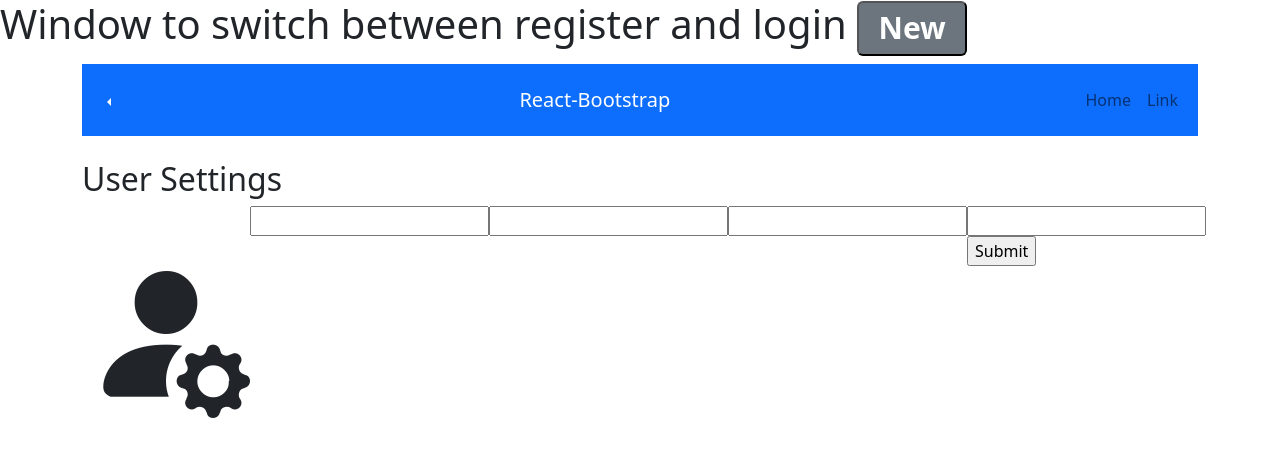
Repository: christenis98/RealWorldApp
Page: / (app in bank-frontend/)
The author's editor kept a copy of each file at every save. The page is drawn from the files as they stood at one save, then again after the next save.
The browser window is 1280 px wide. The pictures show the whole page.
The project was rebuilt for these pictures with package versions that can differ from the ones it lists, and the page was loaded fresh each time. Also part of the build but not shown: bank-frontend/src/App.css.

Above is the page before, as saved 2022-11-24 12:43:13.

### bank-frontend/src/index.js
import React from 'react';
import ReactDOM from 'react-dom/client';
import './index.css';
import App from './App';
import reportWebVitals from './reportWebVitals';
import 'bootstrap/dist/css/bootstrap.min.css';

import 'bootstrap-icons/font/bootstrap-icons.css';

const root = ReactDOM.createRoot(document.getElementById('root'));
root.render(
  <React.StrictMode>
    <App />
  </React.StrictMode>
);

// If you want to start measuring performance in your app, pass a function
// to log results (for example: reportWebVitals(console.log))
// or send to an analytics endpoint. Learn more: https://bit.ly/CRA-vitals
reportWebVitals();

### bank-frontend/src/App.js
import logo from './logo.svg';
import './App.css';
import Badge from 'react-bootstrap/Badge'
import DropStartComponent from './js/DropStartComponent';
import UserSettings from './js/UserSettings';


function App() {
  return (
    <div>
    <h1>
      Window to switch between register and login{' '}
      <Badge bg="secondary" as="Button">
        New
      </Badge>
    </h1>
    <DropStartComponent/>
    <UserSettings/>
  </div>
  );
}

export default App;

### bank-frontend/src/js/DropStartComponent.js
import Dropdown from "react-bootstrap/Dropdown";
import DropdownButton from "react-bootstrap/DropdownButton";
import Nav from "react-bootstrap/Nav";
import Navbar from "react-bootstrap/Navbar";
import NavDropdown from "react-bootstrap/NavDropdown";
import Container from "react-bootstrap/Container";

const DropStartComponent = () => {
  return (
    <Container>
      <Navbar bg="primary" variant="dark" expand="lg">
        <Container>
          <DropdownButton
            key={"start"}
            id={`dropdown-button-drop-${"start"}`}
            drop={"start"}
            variant="primary"
          >
            <Dropdown.Item eventKey="1">Action</Dropdown.Item>
            <Dropdown.Item eventKey="2">Another action</Dropdown.Item>
            <Dropdown.Item eventKey="3">Something else here</Dropdown.Item>
            <Dropdown.Divider />
            <Dropdown.Item eventKey="4">Separated link</Dropdown.Item>
          </DropdownButton>
          <Navbar.Brand href="#home">React-Bootstrap</Navbar.Brand>
          <Navbar.Toggle aria-controls="basic-navbar-nav" />
          <Navbar id="basic-navbar-nav">
            <Nav className="me-auto">
              <Nav.Link href="#home">Home</Nav.Link>
              <Nav.Link href="#link">Link</Nav.Link>
            </Nav>
          </Navbar>
        </Container>
      </Navbar>
    </Container>
  );
};

export default DropStartComponent;

### bank-frontend/src/js/UserSettings.jsx
import React from 'react'

function UserSettings() {
    return (
        <div className="container d-flex flex-column bd-highlight">
            <div className="d-flex flex-row bd-highlight mx-left mt-4">
                <h2>User Settings</h2>
            </div>

            <div className="d-flex flex-row bd-highlight">
                <i className="bi bi-person-fill-gear" style={{ fontSize: "1050%" }}></i>
                <div className="">
                    <input type="text" name="name" />
                </div>
                <div className="">
                    <input type="text" name="name" />
                </div>
                <div className="">
                        <input type="text" name="name" />
                </div>
                <div className="">
                    <input type="text" name="name" />
                    <input type="submit" value="Submit" />
                </div>
            </div>
        </div>
    )
}


export default UserSettings;

Loaded but not shown: bank-frontend/public/index.html (common file); bank-frontend/src/index.css (common file); bank-frontend/src/reportWebVitals.js (common file)

After the next save:
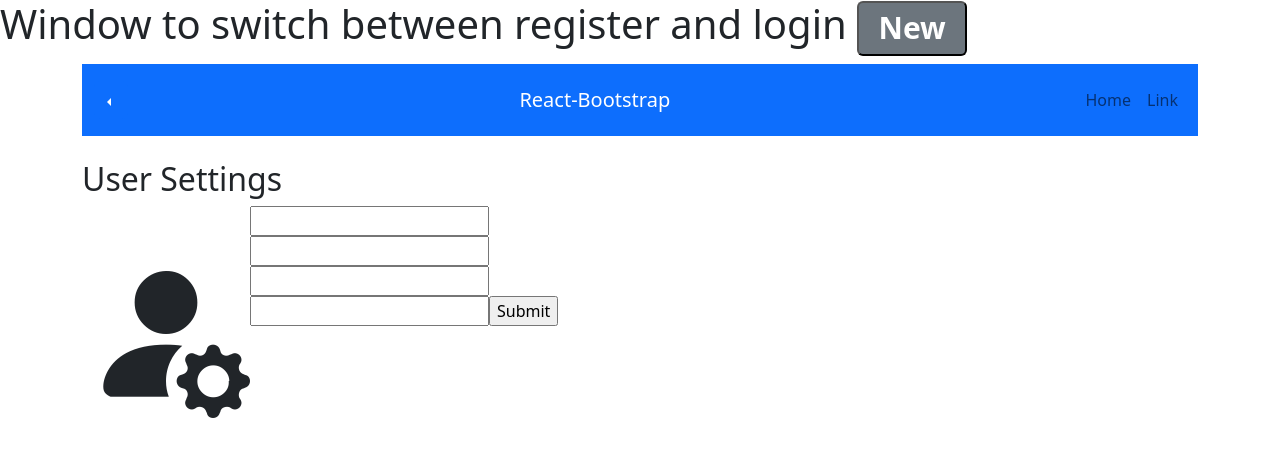
Saved 91 s later.
--- a/bank-frontend/src/js/UserSettings.jsx
+++ b/bank-frontend/src/js/UserSettings.jsx
@@ -8,20 +8,26 @@ function UserSettings() {
             </div>
 
             <div className="d-flex flex-row bd-highlight">
-                <i className="bi bi-person-fill-gear" style={{ fontSize: "1050%" }}></i>
-                <div className="">
-                    <input type="text" name="name" />
+                <div className='d-flex flex-column'>
+                    <i className="bi bi-person-fill-gear" style={{ fontSize: "1050%" }}></i>
                 </div>
-                <div className="">
-                    <input type="text" name="name" />
+
+                <div className='d-flex flex-column'>
+                    <div className="">
+                        <input type="text" name="name" />
+                    </div>
+                    <div className="">
+                        <input type="text" name="name" />
+                    </div>
+                    <div className="">
+                        <input type="text" name="name" />
+                    </div>
+                    <div className="">
+                        <input type="text" name="name" />
+                        <input type="submit" value="Submit" />
+                    </div>
                 </div>
-                <div className="">
-                        <input type="text" name="name" />
-                </div>
-                <div className="">
-                    <input type="text" name="name" />
-                    <input type="submit" value="Submit" />
-                </div>
+
             </div>
         </div>
     )
